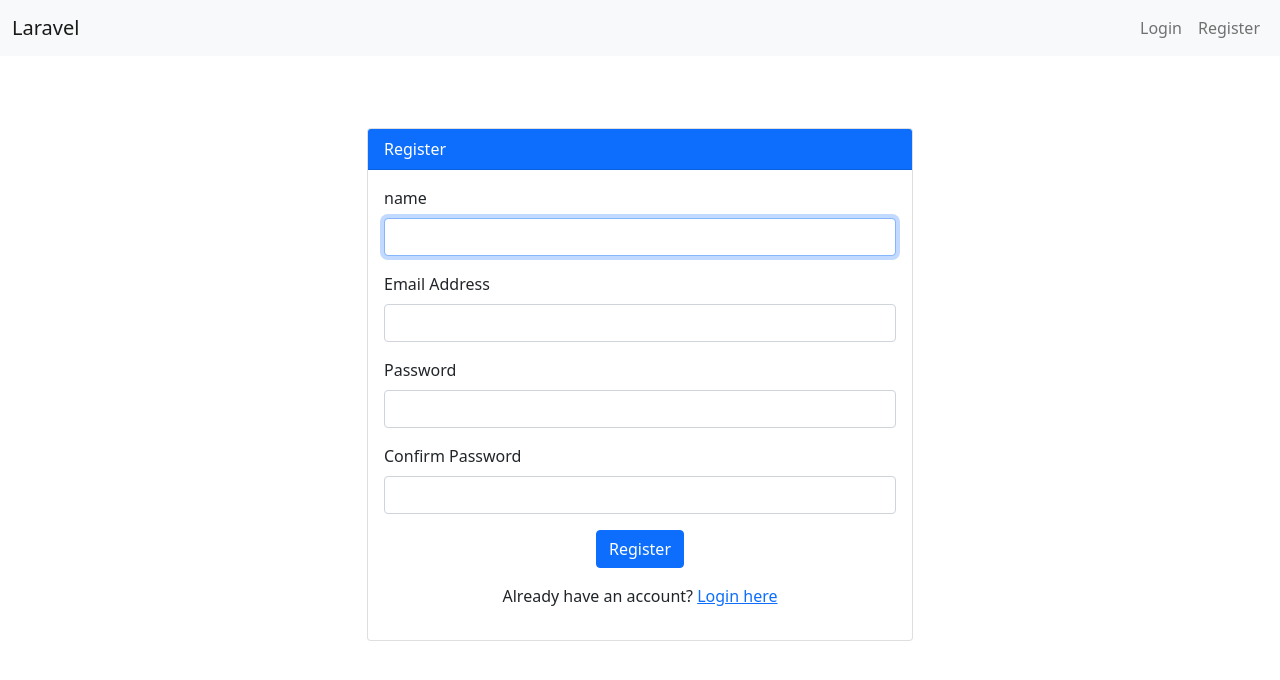
Repository: Abdulahi338/Authentication-using-laravel-11
Page: http://localhost/register
These files come from the project's save history. The page is drawn as it stood at one moment and after the next save; the edit follows.
The browser window is 1280 px wide. The pictures show the whole page.
The page is served by the project's Laravel application, run on PHP 8.4 with Laravel 12. Other server files are loaded and not shown.

Above is the page before, as saved 2024-10-03 21:09:01.

### routes/web.php
<?php


use Illuminate\Support\Facades\Route;
use App\Http\Controllers\AuthController;
use Illuminate\Support\Facades\Auth;

// Guest routes (not logged in)
Route::middleware('guest')->group(function () {
    // Home route
    Route::get('/', function () {
        return view('layout.app');
    })->name('home');

    // Registration routes
    Route::get('/register', function () {
        return view('auth.register');
    })->name('register.form');

    Route::post('/register', [AuthController::class, 'register'])->name('register');

    // Login routes
    Route::get('/login', function () {
        return view('auth.login');
    })->name('login.form');

    Route::post('/login', [AuthController::class, 'login'])->name('login');

    // Password reset request routes
    Route::get('/password/reset', [AuthController::class, 'showResetRequestForm'])->name('password.request');
    Route::post('/password/email', [AuthController::class, 'sendResetLinkEmail'])->name('password.email');

    // Password reset routes
    Route::get('/password/reset/{token}/{email}', [AuthController::class, 'showResetForm'])->name('password.reset');
    Route::post('/password/reset', [AuthController::class, 'reset'])->name('password.update');

    // Email verification route
    Route::get('/verify-email/{token}', [AuthController::class, 'verifyEmail'])->name('verification.verify');

    // Verification notice route
    Route::get('/verification-notice', function () {
        return view('auth.verification-notice');
    })->name('verification.notice');
        // Resend verification route
        Route::post('/resend-verification', [AuthController::class, 'resendVerification'])->name('verification.resend');
});

// Authenticated routes (users who are logged in)
Route::middleware('auth')->group(function () {
    // Dashboard route
    Route::get('/dashboard', [AuthController::class, 'dashboard'])->name('dashboard');

    // Logout route
    Route::post('/logout', [AuthController::class, 'logout'])->name('logout');

});

### resources/views/auth/register.blade.php
@extends('layouts.app')

@section('content')
<div class="container mt-5">
    <div class="row justify-content-center">
        <div class="col-md-6">
            <div class="card">
                <div class="card-header bg-primary text-white">{{ __('Register') }}</div>

                <div class="card-body">
                    <form method="POST" action="{{ url('/register') }}">
                        @csrf
                        <div class="mb-3">
                            <label for="ename" class="form-label">{{ __('name') }}</label>
                            <input id="name" type="text" class="form-control @error('name') is-invalid @enderror" name="name" value="{{ old('name') }}" required autocomplete="name" autofocus>
                            @error('name')
                                <span class="invalid-feedback" role="alert">
                                    <strong>{{ $message }}</strong>
                                </span>
                            @enderror
                        </div>
                        <div class="mb-3">
                            <label for="email" class="form-label">{{ __('Email Address') }}</label>
                            <input id="email" type="email" class="form-control @error('email') is-invalid @enderror" name="email" value="{{ old('email') }}" required autocomplete="email" autofocus>
                            @error('email')
                                <span class="invalid-feedback" role="alert">
                                    <strong>{{ $message }}</strong>
                                </span>
                            @enderror
                        </div>

                        <div class="mb-3">
                            <label for="password" class="form-label">{{ __('Password') }}</label>
                            <input id="password" type="password" class="form-control @error('password') is-invalid @enderror" name="password" required autocomplete="new-password">
                            @error('password')
                                <span class="invalid-feedback" role="alert">
                                    <strong>{{ $message }}</strong>
                                </span>
                            @enderror
                        </div>

                        <div class="mb-3">
                            <label for="password-confirm" class="form-label">{{ __('Confirm Password') }}</label>
                            <input id="password-confirm" type="password" class="form-control" name="password_confirmation" required autocomplete="new-password">
                        </div>

                        <div class="mb-3 text-center">
                            <button type="submit" class="btn btn-primary">
                                {{ __('Register') }}
                            </button>
                        </div>

                        <div class="text-center">
                            <p>Already have an account? <a href="{{ url('/login') }}">Login here</a></p>
                        </div>
                    </form>
                </div>
            </div>
        </div>
    </div>
</div>
@endsection

### resources/views/layouts/app.blade.php
<!DOCTYPE html>
<html lang="en">
<head>
    <meta charset="UTF-8">
    <meta name="viewport" content="width=device-width, initial-scale=1.0">
    <title>{{ config('app.name', 'Laravel App') }}</title>
    <link href="https://cdn.jsdelivr.net/npm/bootstrap@5.1.3/dist/css/bootstrap.min.css" rel="stylesheet">
</head>
<body>
    <nav class="navbar navbar-expand-lg navbar-light bg-light">
        <div class="container-fluid">
            <a class="navbar-brand" href="{{ url('/') }}">{{ config('app.name', 'Laravel App') }}</a>
            <button class="navbar-toggler" type="button" data-bs-toggle="collapse" data-bs-target="#navbarNav" aria-controls="navbarNav" aria-expanded="false" aria-label="Toggle navigation">
                <span class="navbar-toggler-icon"></span>
            </button>
            <div class="collapse navbar-collapse" id="navbarNav">
                <ul class="navbar-nav ms-auto">
                    @guest
                        <li class="nav-item">
                            <a class="nav-link" href="{{ url('/login') }}">Login</a>
                        </li>
                        <li class="nav-item">
                            <a class="nav-link" href="{{ url('/register') }}">Register</a>
                        </li>
                    @endguest
                </ul>
            </div>
        </div>
    </nav>

    <div class="py-4">

        @yield('content')
    </div>

    <script src="https://cdn.jsdelivr.net/npm/bootstrap@5.1.3/dist/js/bootstrap.bundle.min.js"></script>
</body>
</html>

After the next save:
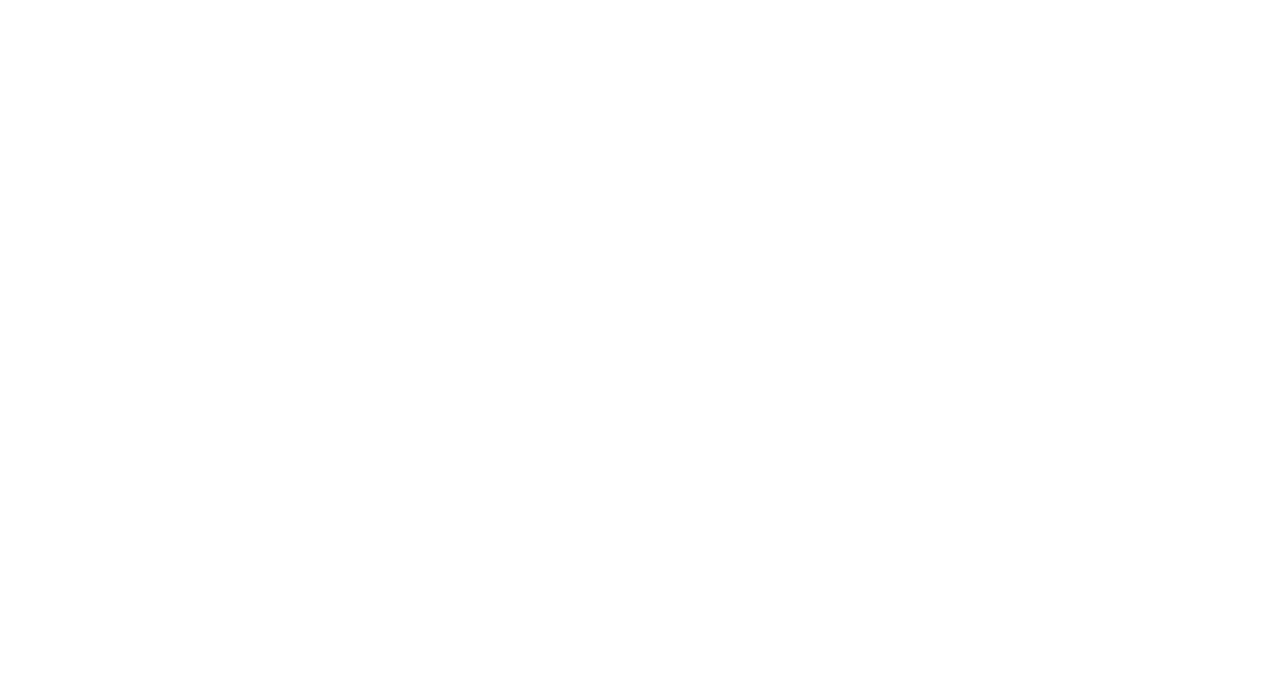
Saved 10 days later.
--- a/resources/views/auth/register.blade.php
+++ b/resources/views/auth/register.blade.php
@@ -1,4 +1,4 @@
-@extends('layouts.app')
+{{-- @extends('layouts.app') --}}
 
 @section('content')
 <div class="container mt-5">

After the save that followed:
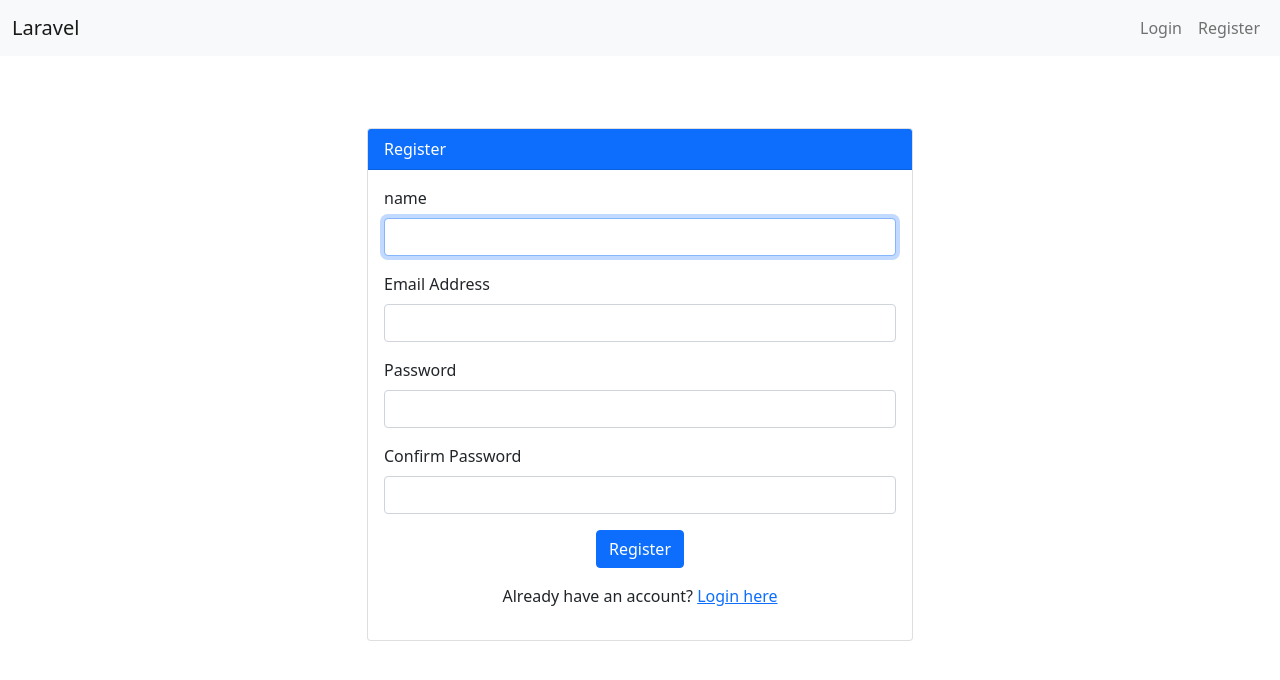
Saved 38 s later.
--- a/resources/views/auth/register.blade.php
+++ b/resources/views/auth/register.blade.php
@@ -1,4 +1,4 @@
-{{-- @extends('layouts.app') --}}
+@extends('layouts.app')
 
 @section('content')
 <div class="container mt-5">
